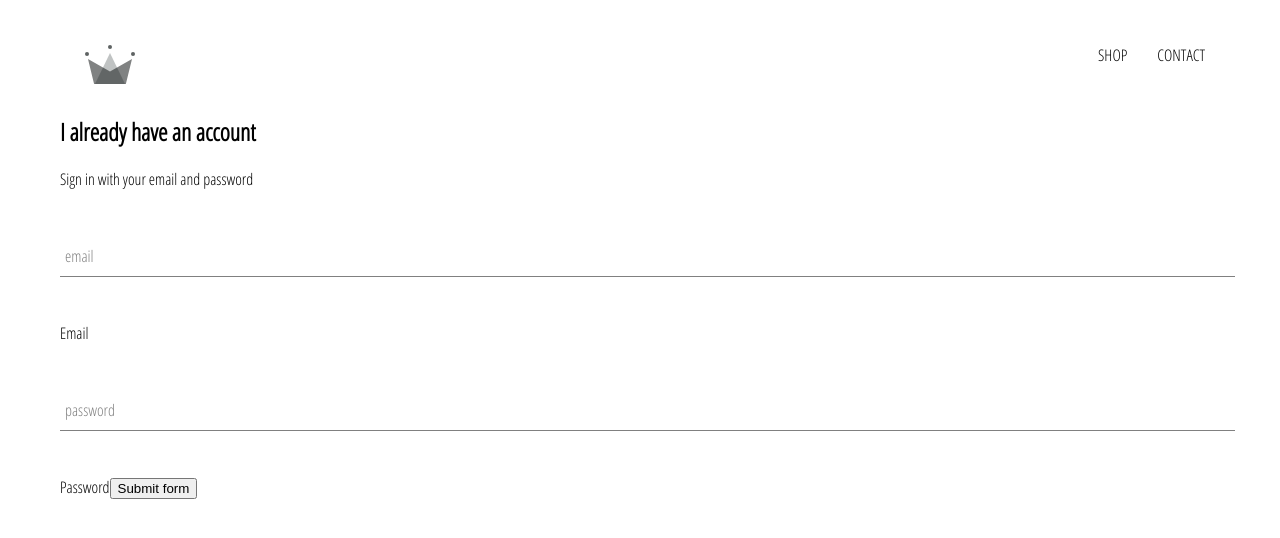
Repository: tommilaurila/crwn-clothing
Page: /signin
These files come from the project's save history. The page is drawn as it stood at one moment and after the next save; the edit follows.
The browser window is 1280 px wide. The pictures show the whole page.
The project was rebuilt for these pictures with package versions that can differ from the ones it lists, and the page was loaded fresh each time. Also part of the build but not shown: src/pages/shop/shop.data.js, src/components/collection-item/collection-item.styles.scss, src/components/collection-item/collection-item.component.jsx, src/components/collection-preview/collection-preview.styles.scss, src/components/collection-preview/collection-preview.component.jsx, src/pages/shop/shop.component.jsx, src/components/sign-in/sign-in.styles.scss, src/pages/sign-in-and-sign-up/sign-in-and-sign-up.styles.scss. Imported but missing from the stored project, and not drawn on this page: src/pages/homepage/homepage.component.

Above is the page before, as saved 2019-12-04 22:42:01.

### src/index.js
import React from 'react';
import ReactDOM from 'react-dom';
import { BrowserRouter } from 'react-router-dom';
import './index.css';
import App from './App';


ReactDOM.render(
<BrowserRouter>
    <App />
</BrowserRouter>,
document.getElementById('root')
);

### src/App.js
import React from 'react';
import { Switch, Route } from 'react-router-dom';
import './App.css';

import HomePage from './pages/homepage/homepage.component';
import ShopPage from './pages/shop/shop.component';
import SignInAndSignUpPage from './pages/sign-in-and-sign-up/sign-in-and-sign-up.component';
import Header from './components/header/header.component';

function App() {
  return (
    <div>
      <Header />
      <Switch>
        <Route exact path='/' component={HomePage} />
        <Route path='/shop' component={ShopPage} />
        <Route path='/signin' component={SignInAndSignUpPage} />
      </Switch>
    </div>
  );
}

export default App;

### src/App.css
body {
    font-family: 'Open Sans Condensed';
    padding: 20px 60px;
}

a {
    text-decoration: none;
    color: black;
}

### src/components/header/header.component.jsx
import React from 'react';
import { Link } from 'react-router-dom';

import { ReactComponent as Logo } from '../../assets/crown.svg';

import './header.styles.scss';

const Header = () => (
    <div className='header'>
        <Link className='logo-container' to="/">
            <Logo className='logo' />
        </Link>
        <div className='options'>
            <Link className='option' to='/shop'>SHOP</Link>
            <Link className='option' to='/shop'>CONTACT</Link>
        </div>
    </div>
);

export default Header;

### src/components/sign-in/sign-in.component.jsx
import React from 'react';

import FormInput from '../form-input/form-input.component';

import './sign-in.styles.scss';

class SignIn extends React.Component{
    constructor(props) {
        super(props);

        this.state = {
            email: '',
            password: ''
        }
    }

    handleSubmit = event => {
        event.preventDefault();

        this.setState({ email: '', password: ''});
    }

    handleChange = event => {
        const { value, name } = event.target;

        this.setState({ [name]: value })
    }

    render() {
        return(
            <div className='sign-in'>
                <h2>I already have an account</h2>
                <span>Sign in with your email and password</span>

                <form onSubmit={this.handleSubmit}>
                    <FormInput
                        name="email"
                        type="email"
                        handleChange={this.handleChange}
                        value={this.state.email}
                        label="email"
                        required
                    />
                    <label>Email</label>

                    <FormInput
                        name="password"
                        type="password"
                        value={this.state.password}
                        handleChange={this.handleChange}
                        label="password"
                        required
                    />
                    <label>Password</label>

                    <input type="submit" value="Submit form" />
                </form>
            </div>
        )
    }
}

export default SignIn;

### src/components/form-input/form-input.component.jsx
import React from 'react';

import './form-input.styles.scss';

const FormInput = ({ handleChange, label, ...otherProps}) => (
    <div className='group'>
        <input className='form-input' onChange={handleChange} {...otherProps} />
        {
            label ?
            <label
                className={`${
                    otherProps.value.length ? 'shrink' : ''
                } form-input-label`}
            >
                {label}
            </label>
            : null
        }
    </div>
);

export default FormInput;

### src/components/form-input/form-input.styles.scss
$sub-color: grey;
$main-color: black;

@mixin shrinkLabel {
  top: -14px;
  font-size: 12px;
  color: $main-color;
}

.group {
  position: relative;
  margin: 45px 0;

  .form-input {
    background: none;
    background-color: white;
    color: $sub-color;
    font-size: 18px;
    padding: 10px 10px 10px 5px;
    display: block;
    width: 100%;
    border: none;
    border-radius: 0;
    border-bottom: 1px solid $sub-color;
    margin: 25px 0;

    &:focus {
      outline: none;
    }

    &:focus ~ .form-input-label {
      @include shrinkLabel();
    }
  }

  input[type='password'] {
    letter-spacing: 0.3em;
  }

  .form-input-label {
    color: $sub-color;
    font-size: 16px;
    font-weight: normal;
    position: absolute;
    pointer-events: none;
    left: 5px;
    top: 10px;
    transition: 300ms ease all;

    &.shrink {
      @include shrinkLabel();
    }
  }
}

Loaded but not shown: public/index.html (common file); src/index.css (common file); src/pages/sign-in-and-sign-up/sign-in-and-sign-up.component.jsx (common file); src/components/header/header.styles.scss (common file)

After the next save:
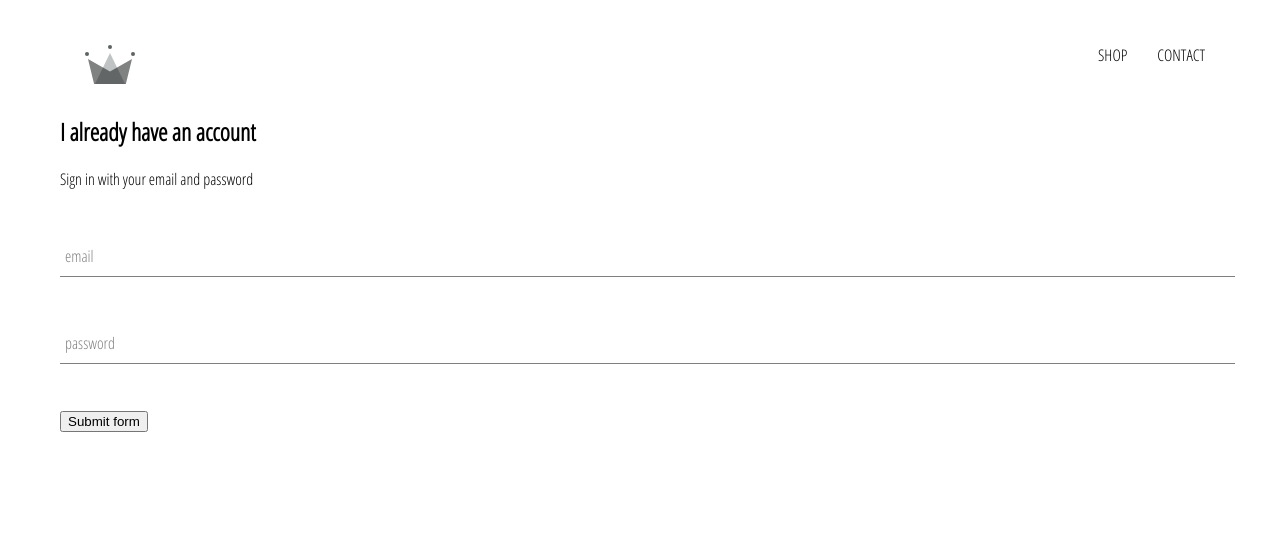
Saved 31 s later.
--- a/src/components/sign-in/sign-in.component.jsx
+++ b/src/components/sign-in/sign-in.component.jsx
@@ -41,7 +41,6 @@ class SignIn extends React.Component{
                         label="email"
                         required
                     />
-                    <label>Email</label>
 
                     <FormInput
                         name="password"
@@ -51,7 +50,6 @@ class SignIn extends React.Component{
                         label="password"
                         required
                     />
-                    <label>Password</label>
 
                     <input type="submit" value="Submit form" />
                 </form>
